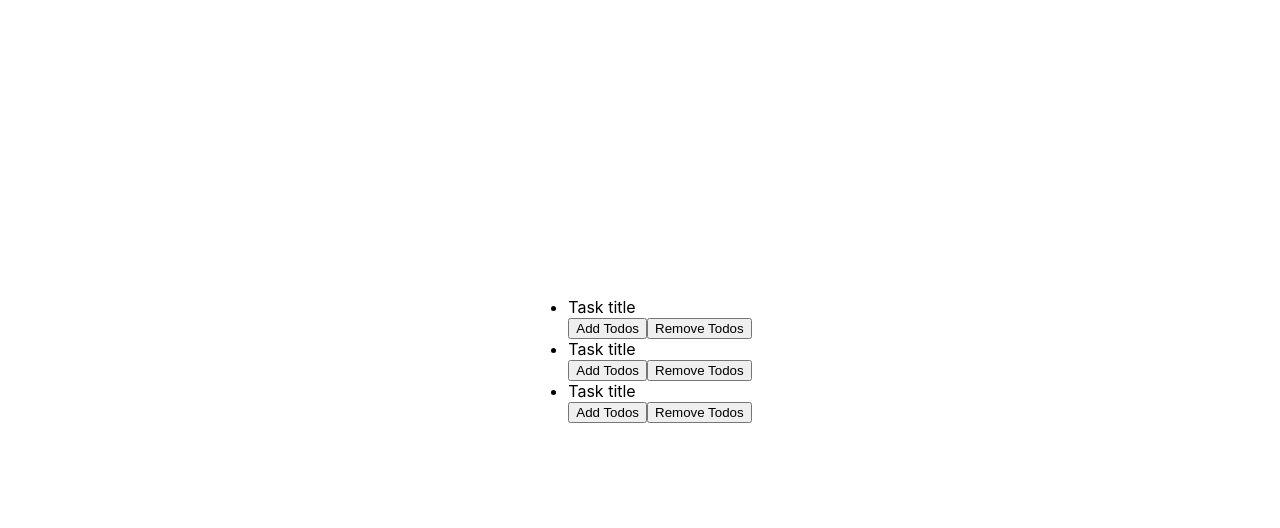
Repository: JohnKang0720/Simple-Todo-List
Page: /
The author's editor kept a copy of each file at every save. The page is drawn from the files as they stood at one save, then again after a run of saves.
The browser window is 1280 px wide. The pictures show the whole page.
The project was rebuilt for these pictures with package versions that can differ from the ones it lists, and the page was loaded fresh each time.

Above is the page before, as saved 2021-05-24 21:15:37.

### src/App.js
import logo from './logo.svg';
import './App.css';
import TodoList from './TodoList'
import {taskContext} from './TodoList'
import React, {useContext, useState} from 'react'
import Todoform from './Todoform';


function App() {

  return (
    <TodoList >

    <div className="App">
     John's Todo List
   <Todoform />
    </div>
    </TodoList>

  );
}

export default App;

### src/App.css
.App {
  text-align: center;
}

.App-logo {
  height: 40vmin;
  pointer-events: none;
}

@media (prefers-reduced-motion: no-preference) {
  .App-logo {
    animation: App-logo-spin infinite 20s linear;
  }
}

.App-header {
  background-color: #282c34;
  min-height: 100vh;
  display: flex;
  flex-direction: column;
  align-items: center;
  justify-content: center;
  font-size: calc(10px + 2vmin);
  color: white;
}

.App-link {
  color: #61dafb;
}
body,html{
  width: 100%;
  height: 100%;
  display: flex;
  align-items: center;
  justify-content:center;
}
.App{
  background: lightslategray;
  width: 500px;
  height: 500px;
  position: relative;
  border-radius: 10px;
  box-shadow:black;

}

@keyframes App-logo-spin {
  from {
    transform: rotate(0deg);
  }
  to {
    transform: rotate(360deg);
  }
}

### src/TodoList.js
import React, {useState, createContext} from 'react'
import Todoform from './Todoform'

export const taskContext = createContext(null)
const TodoList = (props) => {

 const [input, setInput] = useState([
  {task: "Read", id: 1},
  {task: "Dishes", id: 2},
  {task: "HW", id: 3}
 ])

 return(
    <taskContext.Provider value = {{input}}>
    <Todoform></Todoform>
    </taskContext.Provider>
 )
}

export default TodoList

### src/Todoform.js
import React, {useContext} from 'react'
import {taskContext} from './TodoList'
import List from './List'
function Todoform() {
    const {input} = useContext(taskContext)
    return (

        <ul>
            {input.map((task) => {
            return (
            <List/>
            )
            })}
        </ul>

    )
}

export default Todoform

### src/List.js
import React from 'react'

function List() {
    return (
        <li>
            <span> Task title</span>
            <div>
                <button> Add Todos </button>
                <button> Remove Todos </button>
            </div>
        </li>

    )
}

export default List

Loaded but not shown: public/index.html (common file); src/index.js (common file); src/index.css (common file); src/reportWebVitals.js (common file)

After the next 2 saves:
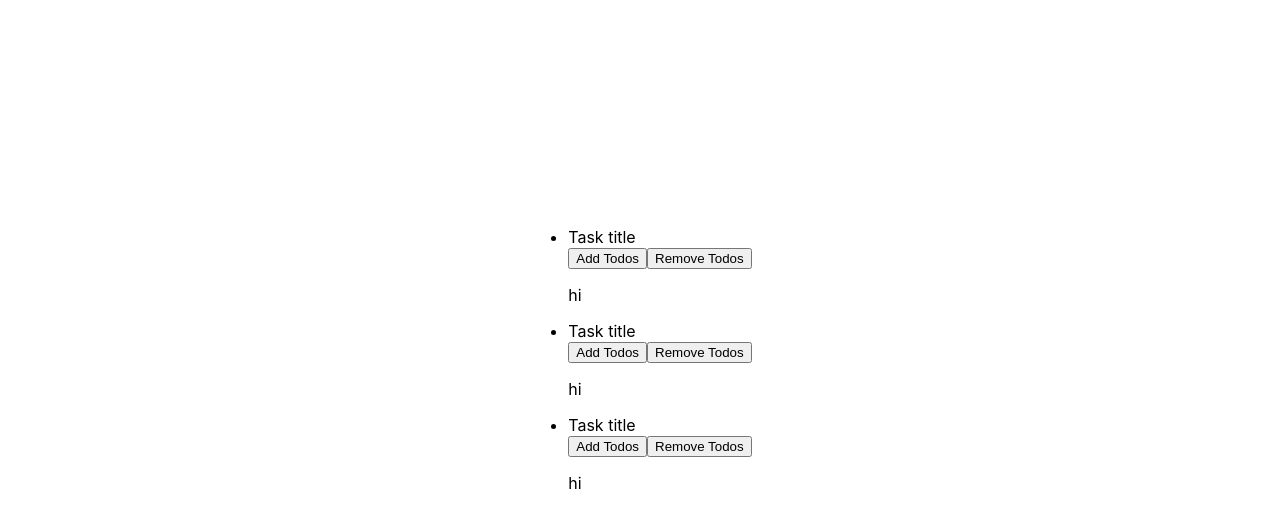
The 2 saves are shown as one change because 1 did not build or start.
The last was saved 66 s later.
--- a/src/Todoform.js
+++ b/src/Todoform.js
@@ -8,7 +8,10 @@
         <ul>
             {input.map((task) => {
             return (
-            <List/>
+                <div>
+            <List />
+            <p> hi </p>
+            </div>
             )
             })}
         </ul>

After the save that followed:
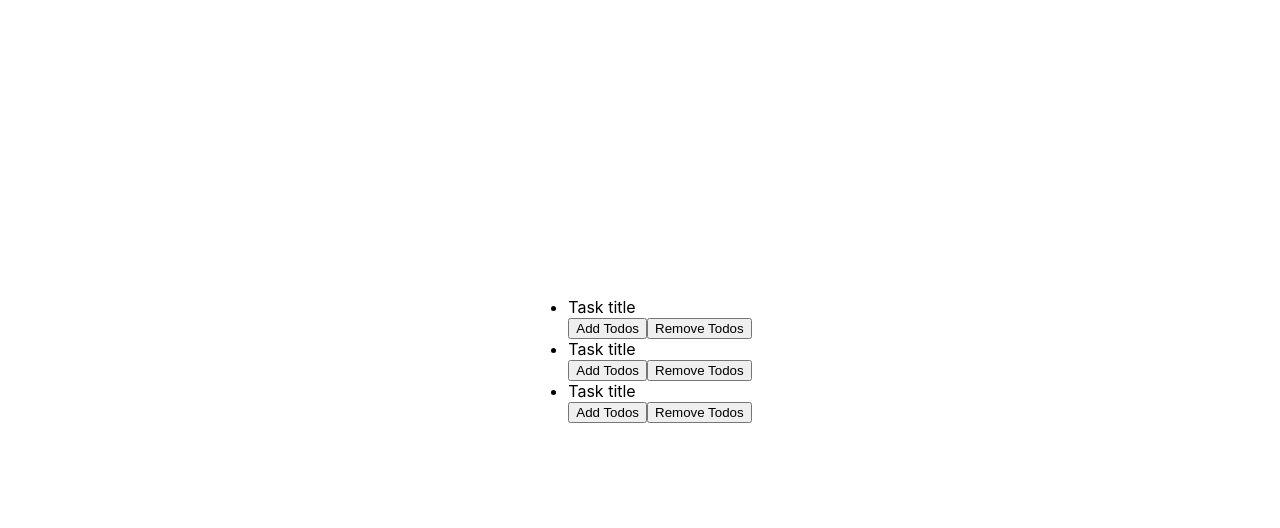
Saved 10 s later.
--- a/src/Todoform.js
+++ b/src/Todoform.js
@@ -10,7 +10,7 @@
             return (
                 <div>
             <List />
-            <p> hi </p>
+
             </div>
             )
             })}
